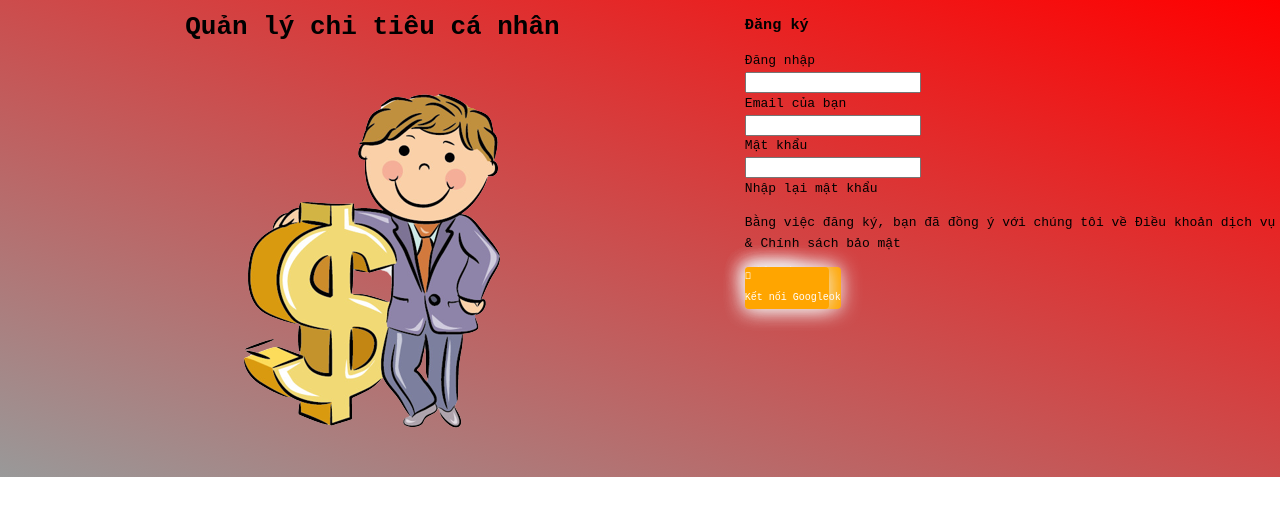
Repository: ximvhs/sochitieu
Page: login.html
The author's editor kept a copy of each file at every save. The page is drawn from the files as they stood at one save, then again after a run of saves.
The browser window is 1280 px wide. The pictures show the whole page.
Some web fonts or font styles are not loaded; a fallback is used.

Above is the page before, as saved 2023-04-05 10:00:22.

### login.html
<!DOCTYPE html>
<html lang="en">
<head>
    <meta charset="UTF-8">
    <meta http-equiv="X-UA-Compatible" content="IE=edge">
    <meta name="viewport" content="width=device-width, initial-scale=1.0">
    <title>Đăng nhập</title>
    <link rel="stylesheet" href="./assets/css/login.css">
    <link rel="stylesheet" href="./assets/css/grid.css">
    <link rel="stylesheet" href="./assets/css/resets.css">
    <link rel="stylesheet" href="./assets/css/responsive.css">
    <link rel="stylesheet" href="./assets/css/base.css">
    <link rel="stylesheet" href="./themify-icons-font/themify-icons/themify-icons.css">
    <link rel="stylesheet" href="https://fonts.googleapis.com/css2?family=Material+Symbols+Outlined:opsz,wght,FILL,GRAD@20..48,100..700,0..1,-50..200" />
    <link rel="preconnect" href="https://fonts.googleapis.com">
    <link rel="preconnect" href="https://fonts.gstatic.com" crossorigin>
    <link href="https://fonts.googleapis.com/css2?family=Dongle:wght@700&display=swap" rel="stylesheet">
    <link rel="stylesheet" href="https://stackpath.bootstrapcdn.com/font-awesome/4.7.0/css/font-awesome.min.css"
    integrity="sha384-wvfXpqpZZVQGK6TAh5PVlGOfQNHSoD2xbE+QkPxCAFlNEevoEH3Sl0sibVcOQVnN" crossorigin="anonymous">
    <link rel="preconnect" href="https://fonts.gstatic.com">
    <link href="https://fonts.googleapis.com/css2?family=Open+Sans:ital,wght@0,400;0,600;0,700;0,800;1,400&display=swap"
    rel="stylesheet">
</head>
<body>
    <form action="">
        <div class="modal js-show_register">
                <div class="modal__body">
                    <div class="auth-form--left">
                        <H1>Quản lý chi tiêu cá nhân</H1>
                        <img src="./img/logo-login.png" alt="">
                    </div>
                    <div class="auth-form--right js-auth-form">
                        <div class="auth-form__container">
                            <div class="auth-form__header">
                                <h3 class="auth-form__heading">Đăng ký</h3>
                                <span class="auth-form__switch-btn js-login">Đăng nhập</span>
                            </div>

                            <div class="auth-form__form">
                                <div class="auth-form__group">
                                    <input type="text" class="auth-form__input" required placeholder=" ">
                                    <div class="form-label">Email của bạn</div>
                                </div>
                                <div class="auth-form__group">
                                    <input type="password" class="auth-form__input" required placeholder=" ">
                                    <div class="form-label">Mật khẩu</div>
                                </div>
                                <div class="auth-form__group">
                                    <input type="password" class="auth-form__input" required placeholder=" ">
                                    <div class="form-label">Nhập lại mật khẩu</div>
                                </div>
                            </div>

                            <div class="auth-form__aside">
                                <p class="auth-form__policy-text">
                                    Bằng việc đăng ký, bạn đã đồng ý với chúng tôi về
                                    <a href="#" class="auth-form__text-link">Điều khoản dịch vụ</a> &
                                    <a href="#" class="auth-form__text-link">Chính sách bảo mật</a>
                                </p>
                            </div>
                            <div class="auth-form__controls">
                                <button class="btn btn--normal auth-form__controls--back js-close">TRỞ LẠI</button>
                                <button class="btn btn--normal btn--primary">ĐĂNG KÝ</button>
                            </div>
                        </div>

                        <div class="auth-form__socials">
                            <a href="#" class="auth-form__socials--facebook btn btn--size-s btn--with-icon">
                                <i class="auth-form__socials-icon fab fa-facebook-square"></i>
                                <span class="auth-form__socials-text">Kết nối Facebook</span>
                            </a>
                            <a href="#" class="auth-form__socials--google btn btn--size-s btn--with-icon">
                                <i class="auth-form__socials-icon fab fa-google"></i>
                                <span class="auth-form__socials-text">Kết nối Google</span>
                            </a>
                        </div>
                    </div>
                </div>
        </div>
    </form>
</body>
</html>

### assets/css/login.css
.modal {
    background-image: linear-gradient(to top right, #999, red);
}

.modal__body {
    display: flex;
    justify-content: space-between;
}

.auth-form--left {
    display: flex;
    justify-content: center;
    flex-wrap: wrap;
}

### assets/css/grid.css
.grid {
    width: 100%;
    display: block;
    padding: 0;
}

.grid.wide {
    max-width: 1200px;
    margin: 0 auto;
}

.row {
    display: flex;
    flex-wrap: wrap;
    margin-left: -4px;
    margin-right: -4px;
}

.row.no-gutters {
    margin-left: 0;
    margin-right: 0;
}

.col {
    padding-left: 4px;
    padding-right: 4px;
}

.row.no-gutters .col {
    padding-left: 0;
    padding-right: 0;
}

.c-0 {
    display: none;
}

.c-1 {
    flex: 0 0 8.33333%;
    max-width: 8.33333%;
}

.c-2 {
    flex: 0 0 16.66667%;
    max-width: 16.66667%;
}

.c-3 {
    flex: 0 0 25%;
    max-width: 25%;
}

.c-4 {
    flex: 0 0 33.33333%;
    max-width: 33.33333%;
}

.c-5 {
    flex: 0 0 41.66667%;
    max-width: 41.66667%;
}

.c-6 {
    flex: 0 0 50%;
    max-width: 50%;
}

.c-7 {
    flex: 0 0 58.33333%;
    max-width: 58.33333%;
}

.c-8 {
    flex: 0 0 66.66667%;
    max-width: 66.66667%;
}

.c-9 {
    flex: 0 0 75%;
    max-width: 75%;
}

.c-10 {
    flex: 0 0 83.33333%;
    max-width: 83.33333%;
}

.c-11 {
    flex: 0 0 91.66667%;
    max-width: 91.66667%;
}

.c-12 {
    flex: 0 0 100%;
    max-width: 100%;
}

.c-o-1 {
    margin-left: 8.33333%;
}

.c-o-2 {
    margin-left: 16.66667%;
}

.c-o-3 {
    margin-left: 25%;
}

.c-o-4 {
    margin-left: 33.33333%;
}

.c-o-5 {
    margin-left: 41.66667%;
}

.c-o-6 {
    margin-left: 50%;
}

.c-o-7 {
    margin-left: 58.33333%;
}

.c-o-8 {
    margin-left: 66.66667%;
}

.c-o-9 {
    margin-left: 75%;
}

.c-o-10 {
    margin-left: 83.33333%;
}

.c-o-11 {
    margin-left: 91.66667%;
}

/* >= Tablet */
@media (min-width: 740px) {
    .row {
        margin-left: -8px;
        margin-right: -8px;
    }

    .col {
        padding-left: 8px;
        padding-right: 8px;
    }

    .m-0 {
        display: none;
    }

    .m-1,
    .m-2,
    .m-3,
    .m-4,
    .m-5,
    .m-6,
    .m-7,
    .m-8,
    .m-9,
    .m-10,
    .m-11,
    .m-12 {
        display: block;
    }

    .m-1 {
        flex: 0 0 8.33333%;
        max-width: 8.33333%;
    }

    .m-2 {
        flex: 0 0 16.66667%;
        max-width: 16.66667%;
    }

    .m-3 {
        flex: 0 0 25%;
        max-width: 25%;
    }

    .m-4 {
        flex: 0 0 33.33333%;
        max-width: 33.33333%;
    }

    .m-5 {
        flex: 0 0 41.66667%;
        max-width: 41.66667%;
    }

    .m-6 {
        flex: 0 0 50%;
        max-width: 50%;
    }

    .m-7 {
        flex: 0 0 58.33333%;
        max-width: 58.33333%;
    }

    .m-8 {
        flex: 0 0 66.66667%;
        max-width: 66.66667%;
    }

    .m-9 {
        flex: 0 0 75%;
        max-width: 75%;
    }

    .m-10 {
        flex: 0 0 83.33333%;
        max-width: 83.33333%;
    }

    .m-11 {
        flex: 0 0 91.66667%;
        max-width: 91.66667%;
    }

    .m-12 {
        flex: 0 0 100%;
        max-width: 100%;
    }

    .m-o-1 {
        margin-left: 8.33333%;
    }

    .m-o-2 {
        margin-left: 16.66667%;
    }

    .m-o-3 {
        margin-left: 25%;
    }

    .m-o-4 {
        margin-left: 33.33333%;
    }

    .m-o-5 {
        margin-left: 41.66667%;
    }

    .m-o-6 {
        margin-left: 50%;
    }

    .m-o-7 {
        margin-left: 58.33333%;
    }

    .m-o-8 {
        margin-left: 66.66667%;
    }

    .m-o-9 {
        margin-left: 75%;
    }

    .m-o-10 {
        margin-left: 83.33333%;
    }

    .m-o-11 {
        margin-left: 91.66667%;
    }
}

/* PC medium resolution > */
@media (min-width: 1113px) {
    .row {
        margin-left: -12px;
        margin-right: -12px;
    }

    .row.sm-gutter {
        margin-left: -5px;
        margin-right: -5px;
    }

    .col {
        padding-left: 12px;
        padding-right: 12px;
    }

    .row.sm-gutter .col {
        padding-left: 5px;
        padding-right: 5px;
    }

    .l-0 {
        display: none;
    }

    .l-1,
    .l-2,
    .l-2-4,
    .l-3,
    .l-4,
    .l-5,
    .l-6,
    .l-7,
    .l-8,
    .l-9,
    .l-10,
    .l-11,
    .l-12 {
        display: block;
    }

    .l-1 {
        flex: 0 0 8.33333%;
        max-width: 8.33333%;
    }

    .l-2 {
        flex: 0 0 16.66667%;
        max-width: 16.66667%;
    }

    .l-2-4 {
        flex: 0 0 20%;
        max-width: 20%;
    }

    .l-3 {
        flex: 0 0 25%;
        max-width: 25%;
    }

    .l-4 {
        flex: 0 0 33.33333%;
        max-width: 33.33333%;
    }

    .l-5 {
        flex: 0 0 41.66667%;
        max-width: 41.66667%;
    }

    .l-6 {
        flex: 0 0 50%;
        max-width: 50%;
    }

    .l-7 {
        flex: 0 0 58.33333%;
        max-width: 58.33333%;
    }

    .l-8 {
        flex: 0 0 66.66667%;
        max-width: 66.66667%;
    }

    .l-9 {
        flex: 0 0 75%;
        max-width: 75%;
    }

    .l-10 {
        flex: 0 0 83.33333%;
        max-width: 83.33333%;
    }

    .l-11 {
        flex: 0 0 91.66667%;
        max-width: 91.66667%;
    }

    .l-12 {
        flex: 0 0 100%;
        max-width: 100%;
    }

    .l-o-1 {
        margin-left: 8.33333%;
    }

    .l-o-2 {
        margin-left: 16.66667%;
    }

    .l-o-3 {
        margin-left: 25%;
    }

    .l-o-4 {
        margin-left: 33.33333%;
    }

    .l-o-5 {
        margin-left: 41.66667%;
    }

    .l-o-6 {
        margin-left: 50%;
    }

    .l-o-7 {
        margin-left: 58.33333%;
    }

    .l-o-8 {
        margin-left: 66.66667%;
    }

    .l-o-9 {
        margin-left: 75%;
    }

    .l-o-10 {
        margin-left: 83.33333%;
    }

    .l-o-11 {
        margin-left: 91.66667%;
    }
}

/* Tablet - PC low resolution */
@media (min-width: 740px) and (max-width: 1023px) {
    .wide {
        width: 644px;
    }
}

/* > PC low resolution */
@media (min-width: 1024px) and (max-width: 1239px) {
    .wide {
        width: 984px;
    }

    .wide .row {
        margin-left: -12px;
        margin-right: -12px;
    }

    .wide .row.sm-gutter {
        margin-left: -5px;
        margin-right: -5px;
    }

    .wide .col {
        padding-left: 12px;
        padding-right: 12px;
    }

    .wide .row.sm-gutter .col {
        padding-left: 5px;
        padding-right: 5px;
    }

    .wide .l-0 {
        display: none;
    }

    .wide .l-1,
    .wide .l-2,
    .wide .l-2-4,
    .wide .l-3,
    .wide .l-4,
    .wide .l-5,
    .wide .l-6,
    .wide .l-7,
    .wide .l-8,
    .wide .l-9,
    .wide .l-10,
    .wide .l-11,
    .wide .l-12 {
        display: block;
    }

    .wide .l-1 {
        flex: 0 0 8.33333%;
        max-width: 8.33333%;
    }

    .wide .l-2 {
        flex: 0 0 16.66667%;
        max-width: 16.66667%;
    }

    .wide .l-2-4 {
        flex: 0 0 20%;
        max-width: 20%;
    }

    .wide .l-3 {
        flex: 0 0 25%;
        max-width: 25%;
    }

    .wide .l-4 {
        flex: 0 0 33.33333%;
        max-width: 33.33333%;
    }

    .wide .l-5 {
        flex: 0 0 41.66667%;
        max-width: 41.66667%;
    }

    .wide .l-6 {
        flex: 0 0 50%;
        max-width: 50%;
    }

    .wide .l-7 {
        flex: 0 0 58.33333%;
        max-width: 58.33333%;
    }

    .wide .l-8 {
        flex: 0 0 66.66667%;
        max-width: 66.66667%;
    }

    .wide .l-9 {
        flex: 0 0 75%;
        max-width: 75%;
    }

    .wide .l-10 {
        flex: 0 0 83.33333%;
        max-width: 83.33333%;
    }

    .wide .l-11 {
        flex: 0 0 91.66667%;
        max-width: 91.66667%;
    }

    .wide .l-12 {
        flex: 0 0 100%;
        max-width: 100%;
    }

    .wide .l-o-1 {
        margin-left: 8.33333%;
    }

    .wide .l-o-2 {
        margin-left: 16.66667%;
    }

    .wide .l-o-3 {
        margin-left: 25%;
    }

    .wide .l-o-4 {
        margin-left: 33.33333%;
    }

    .wide .l-o-5 {
        margin-left: 41.66667%;
    }

    .wide .l-o-6 {
        margin-left: 50%;
    }

    .wide .l-o-7 {
        margin-left: 58.33333%;
    }

    .wide .l-o-8 {
        margin-left: 66.66667%;
    }

    .wide .l-o-9 {
        margin-left: 75%;
    }

    .wide .l-o-10 {
        margin-left: 83.33333%;
    }

    .wide .l-o-11 {
        margin-left: 91.66667%;
    }
}

### assets/css/base.css
:root {
    --primary-color:cornsilk;
    --secondary-color:orange;
    --opacity-color:#f0f0f0;
    --white-color: white;
    --border-color:#999;


    --border-box: 5px;
    --size-text: 16px;
    --size-title: 20px;
}

*{
    font-family: monospace;
    box-sizing: inherit;
    box-sizing: border-box;


}

html {
    line-height: 1.6rem;
    box-sizing: border-box;
    scroll-behavior: smooth;
}

body {
    margin: 0;
}

a {
    color: var(--text-color);
    text-decoration: none;
}

ul {
    padding-left: 0;
}

i {
    display: block;
}

li {
    list-style: none;
}

.btn {
    position: absolute;
    display: inline-block;
    background-color: var(--secondary-color);
    background-size: 200% auto;
    color: var(--white-color);
    box-shadow: 0 0 20px var(--opacity-color);
    font-size: 10px;
    border: none;
    outline: none;
    cursor: pointer;
    border-radius: 4px;
    transition: all 0.2s ease-in;
}


.btn:hover {
    background-position: right center;
    opacity: 0.8;
    text-decoration: none;
}


/* animation */
@keyframes Slide {
    from {
        opacity: 0;
        transform: translateY(-150px);
    }
    to {
        opacity: 1;
        transform: translateY(0);
    }
}

Loaded but not shown: assets/css/resets.css (no stored copy; drawn as an empty file); assets/css/responsive.css (no stored copy; drawn as an empty file)

After the next 4 saves:
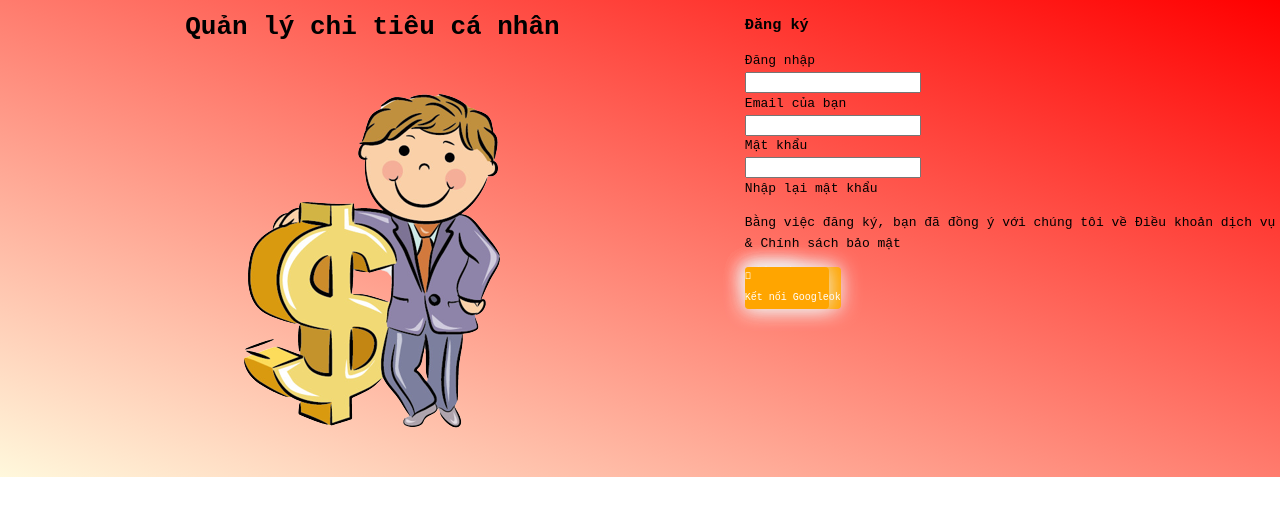
The 4 saves are shown as one change because they came seconds apart.
The last was saved 25 s later.
--- a/assets/css/login.css
+++ b/assets/css/login.css
@@ -1,5 +1,5 @@
 .modal {
-    background-image: linear-gradient(to top right, #999, red);
+    background-image: linear-gradient(to top right, var(--primary-color), red);
 }
 
 .modal__body {
